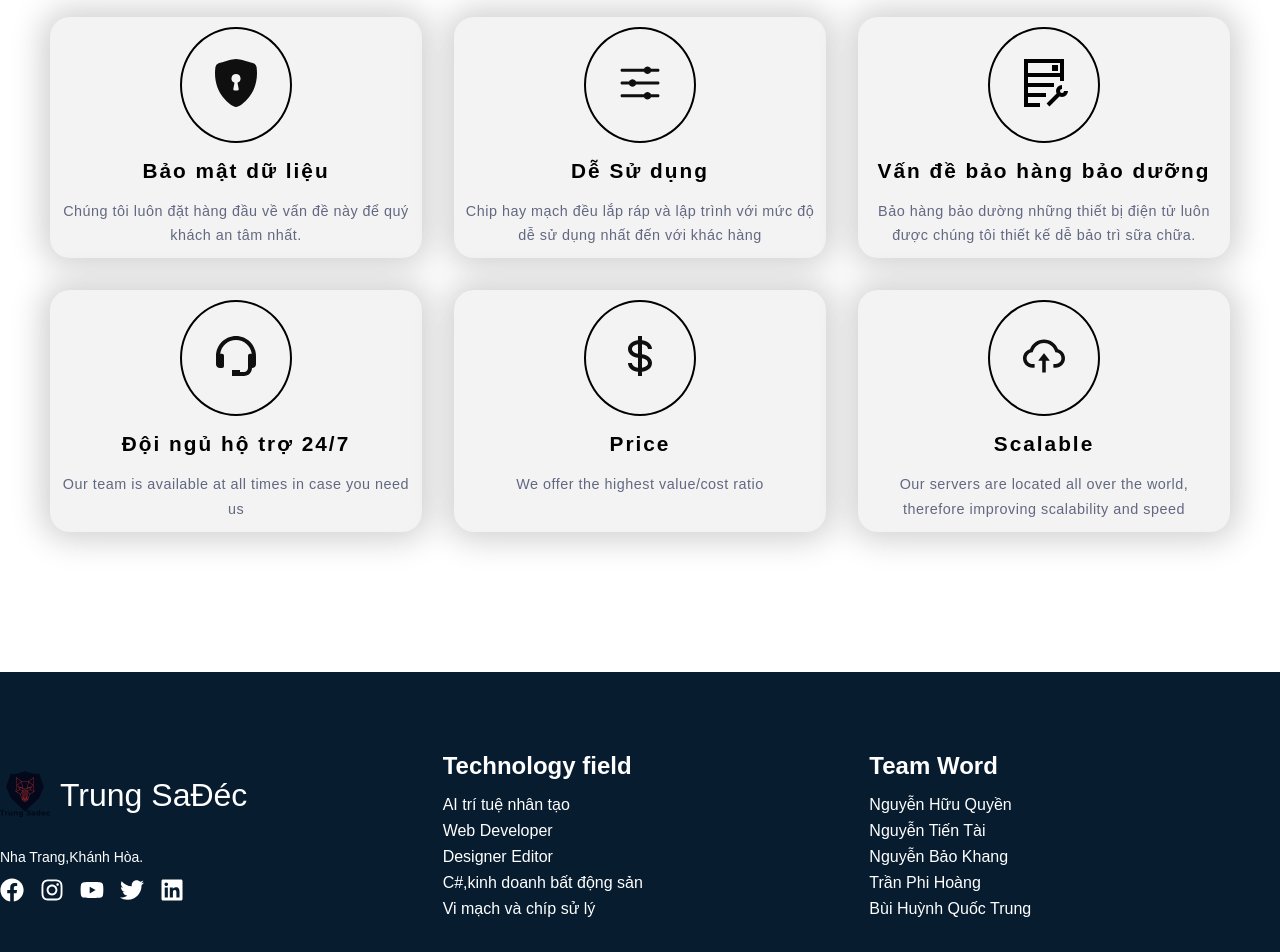
Repository: fdhhhdjd/Profile-Gift-B_H_Q_Trung
Page: /
These files come from the project's save history. The page is drawn as it stood at one moment and after the next save; the edit follows.
The browser window is 1280 px wide. The pictures show the part of the page from y = 980 to 1932 px (the page is 2018 px tall).
The project was rebuilt for these pictures with package versions that can differ from the ones it lists, and the page was loaded fresh each time. Also part of the build but not shown: src/App.css, src/Styles/PricingStyles.js, src/Data/PricingData.js, src/Pages/PricingPage.js. Imported but missing from the stored project, and not drawn on this page: src/Pages/SignUpPage.

Above is the page before, as saved 2021-10-29 09:09:09.

After the next save:
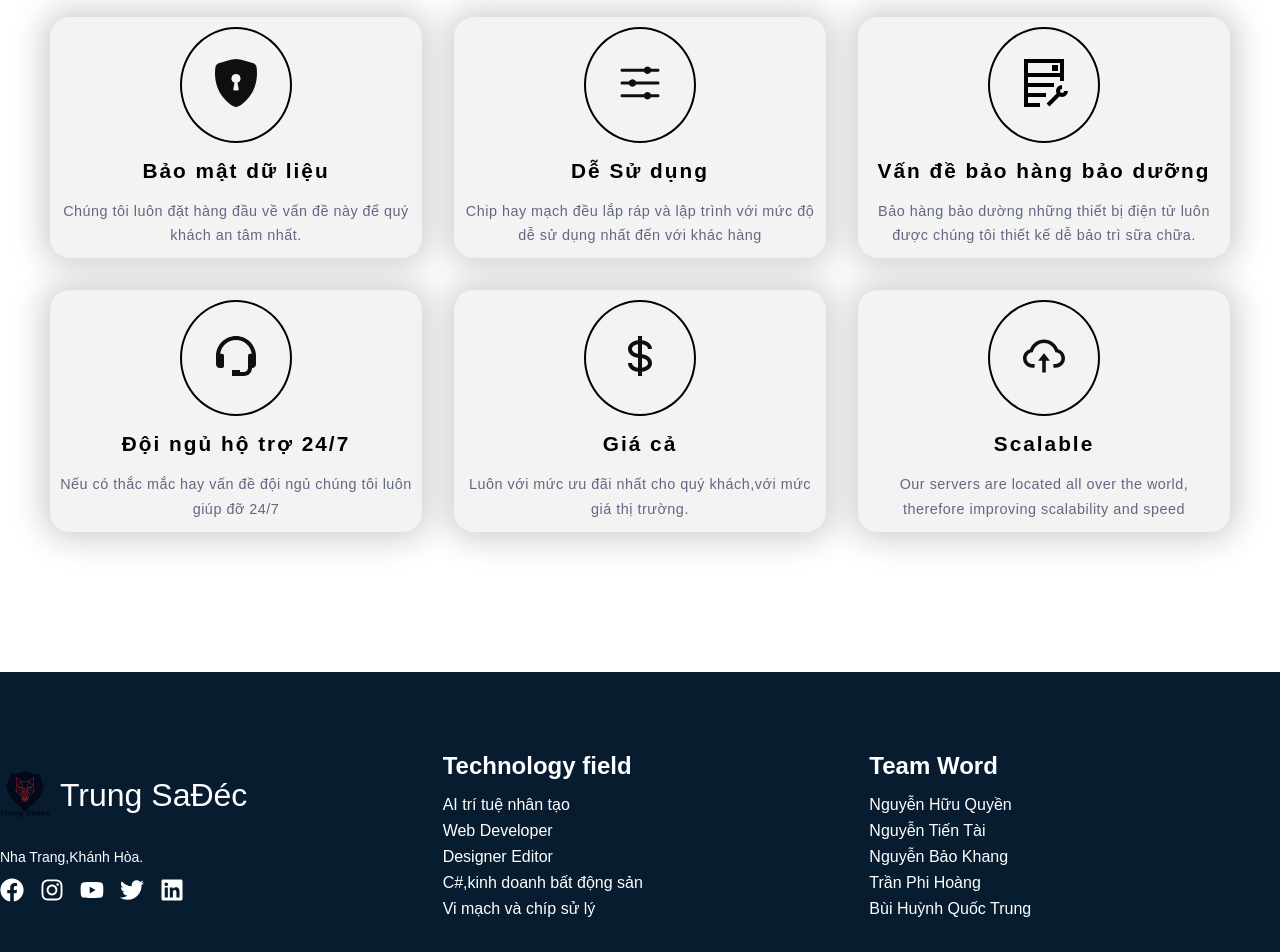
Saved 83 s later.
--- a/src/Data/FeaturesData.js
+++ b/src/Data/FeaturesData.js
@@ -31,13 +31,15 @@ export const featuresData = [
   },
   {
     name: " Đội ngủ hộ trợ 24/7 ",
-    description: "Our team is available at all times in case you need us",
+    description:
+      "Nếu có thắc mắc hay vấn đề đội ngủ chúng tôi luôn giúp đỡ 24/7",
     icon: iconStyle(BiSupport),
     imgClass: "four",
   },
   {
-    name: "Price",
-    description: "We offer the highest value/cost ratio",
+    name: "Giá cả",
+    description:
+      "Luôn với mức ưu đãi nhất cho quý khách,với mức giá thị trường.",
     icon: iconStyle(BiDollar),
     imgClass: "five",
   },
